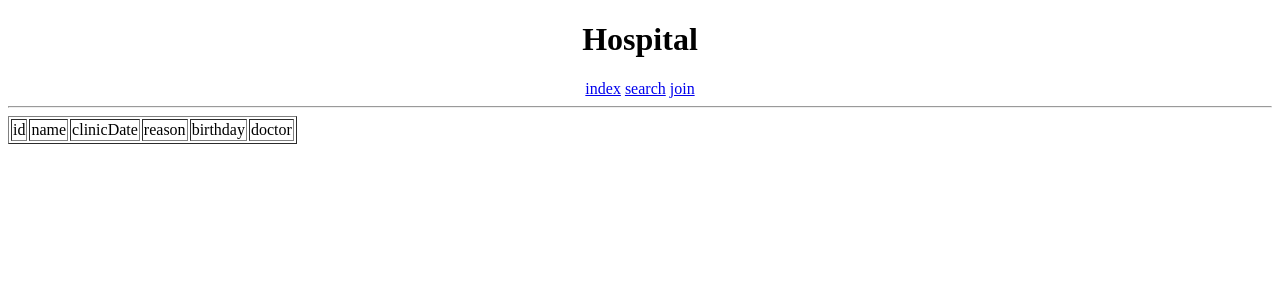
Repository: kimgh06/jsp_teamwork
Page: http://localhost/hospital/search.jsp
These files come from the project's save history. The page is drawn as it stood at one moment and after the next save; the edit follows.
The browser window is 1280 px wide. The pictures show the whole page.
The page is served by Tomcat 9. Queries for data that is not in the repository find no rows.

Above is the page before, as saved 2023-06-14 15:17:20.

### hospital/src/main/webapp/search.jsp
<%@page import="DBPKG.Util"%>
<%@page import="java.sql.*"%>
<%@ page language="java" contentType="text/html; charset=EUC-KR"
    pageEncoding="EUC-KR"%>
<!DOCTYPE html>
<html>
<head>
<meta charset="EUC-KR">
<title>Insert title here</title>
</head>
<body>
<jsp:include page="./header.jsp"></jsp:include>
<table border='1'>
<tr>
	<td>id</td>
	<td>name</td>
	<td>clinicDate</td>
	<td>reason</td>
	<td>birthday</td>
	<td>doctor</td>
</tr>

<%
Connection conn = null;
Statement stmt = null;
String grade = "";

try{
	conn = Util.getConnection();
	stmt = conn.createStatement();
	String sql = "select c.id, c.name, clinicdate, reason, birthday, d.name docname, d.department de from client c, doctor d where c.doctor = d.id";
	ResultSet rs = stmt.executeQuery(sql);
	while(rs.next()){
	%>
		<tr>
		<td><%=rs.getString("id") %></td>
		<td><%=rs.getString("name") %></td>
		<td><%=rs.getDate("clinicdate") %></td>
		<td><%=rs.getString("reason") %></td>
		<td><%=rs.getDate("birthday") %></td>
		<td><%=rs.getString("docname") %></td>
		<td><%=rs.getString("de") %></td>
		<tr>
		<%
	}


}catch(Exception e){
	e.printStackTrace();
}
%>
</table>
</body>
</html>

### hospital/src/main/webapp/header.jsp
<%@ page language="java" contentType="text/html; charset=EUC-KR"
    pageEncoding="EUC-KR"%>
<!DOCTYPE html>
<html>
<head>
<meta charset="EUC-KR">
<title>Hospital</title>
</head>
<body>
<header style="text-align:center">
<h1>Hospital</h1>
<a href="./index.jsp">index</a>
<a href="./search.jsp">search</a>
<a href="./join.jsp">join</a>
<hr>
</header>
</body>
</html>

### hospital/src/main/java/DBPKG/Util.java
package DBPKG;

import java.sql.*;

public class Util {
	public static Connection getConnection() throws Exception{
		Class.forName("oracle.jdbc.OracleDriver");
		Connection con = DriverManager.getConnection(
				"jdbc:oracle:thin:@//localhost:1521/xe", "system", "1234"
				);
		return con;
	}
}

After the next save:
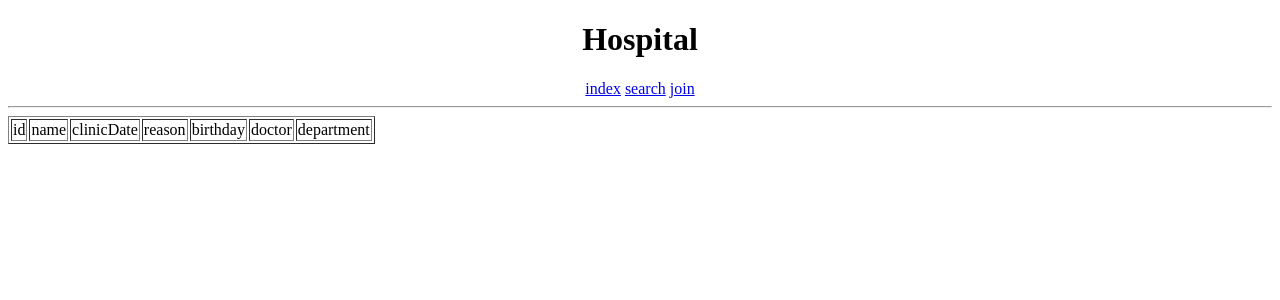
Saved 9 s later.
--- a/hospital/src/main/webapp/search.jsp
+++ b/hospital/src/main/webapp/search.jsp
@@ -18,6 +18,7 @@
 	<td>reason</td>
 	<td>birthday</td>
 	<td>doctor</td>
+	<td>department</td>
 </tr>
 
 <%
